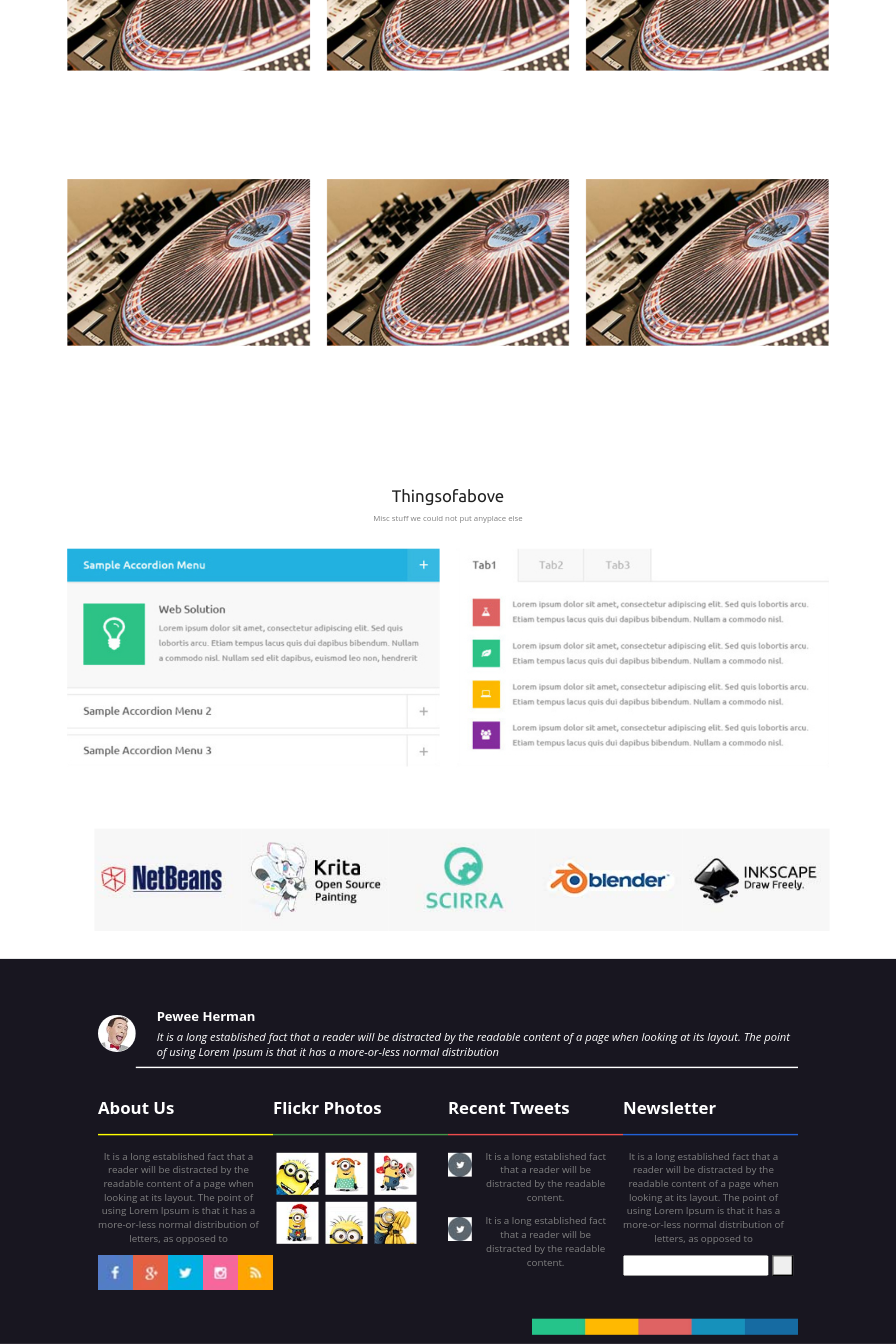
Repository: RenataDzotova/Metrolics-Renata-Beyonce
Page: index.html
An editor plug-in stored every save of this project. The page is shown before and after the next save, followed by the edit.
The browser window is 1280 px wide. The pictures show the part of the page from y = 2067 to 3987 px (the page is 3987 px tall before and 3977 px after), at 70% of full size.
Some web fonts or font styles are not loaded; a fallback is used.

Above is the page before, as saved 2022-02-02 17:18:53.

### index.html
<!doctype html>
<html class="no-js" lang="">

<head>
  <meta charset="utf-8">
  <title>Metrolics</title>
  <meta name="description" content="">
  <meta name="viewport" content="width=device-width, initial-scale=1">

  <meta property="og:title" content="">
  <meta property="og:type" content="">
  <meta property="og:url" content="">
  <meta property="og:image" content="">

  <link rel="manifest" href="site.webmanifest">
  <link rel="apple-touch-icon" href="icon.png">
  <!-- Place favicon.ico in the root directory -->

  <link rel="preconnect" href="https://fonts.googleapis.com">
  <link rel="preconnect" href="https://fonts.gstatic.com" crossorigin>
  <link href="https://fonts.googleapis.com/css2?family=Chewy&family=Gluten:wght@600&family=Ubuntu:wght@300;400&display=swap" rel="stylesheet">
  <link rel="stylesheet" href="css/normalize.css">
  <link rel="stylesheet" href="css/main.css">
  <link rel="stylesheet" href="css/renata.css">

  <meta name="theme-color" content="#fafafa">
</head>

<body>

    <div class = "header">
        <div class = "navBar">
            <div class = "logo"> <img src = "photos/logo.jpg" alt = "logo"> </div>
            <div class="home"><img src="https://img.icons8.com/material-rounded/38/ffffff/home-page.png"/>Home</div>
            <div class="pages"><img src="https://img.icons8.com/windows/38/ffffff/code-fork--v1.png"/>Pages</div>
            <div class="blog"><img src="https://img.icons8.com/windows/38/ffffff/megaphone.png"/>Blog</div>
            <div class="portfolio"><img src="https://img.icons8.com/windows/38/ffffff/suitcase.png"/>Portfolio</div>
            <div class="contact"><img src="https://img.icons8.com/windows/38/ffffff/secured-letter--v1.png"/>Home</div>
        </div>
        <div class = "minions">
            <img src = "photos/Screen Shot 2022-01-25 at 2.02.28 PM.png" alt = "minion picture">

        </div>
        <div class = "arrowOne"></div>
                <div class = "three-items">
                    <div class = "first-item">Metro Style</div>
                    <div class = "second-item">Retina Ready</div>
                    <div class = "third-item">Responsive Design</div>
                </div>
        <div class = "arrowTwo"></div>
    </div>


    <div class="MainContent">
        <div class= "page__intro">
            <div class="row">
                <h1 class="heading">
                    Hey guys! This is the Metrolics theme. It sports a responsive layout with a mobile layout.
                </h1>
            </div>
        </div>

        <section class="about">
            <div class="row l-col-4">
                    <div class="column span-full">
                        <h2 class="heading">
                            Things That We Do
                        </h2>
                        <p>Ask us what we can do for you</p>
                    </div>
                    <div class="column">
                        <figure class="project">
                            <img class="imgs" src="img/Bulb.png">
                            <h3 class="heading">Web Solutions</h3>
                            <p>We are a fairly small, flexible design studio that designs for print and web. We work flexibly with clients to fulfil their design needs. Whether you need to create a brand from scratch, including marketing materials and a beautiful and functional website or whether you are looking for a design refresh we are confident you will be pleased with the results.</p>
                        </figure>
                    </div>
                    <div class="column">
                        <figure class="project">
                            <img class="imgs" src="img/Pic.png">
                            <h3 class="heading">Photography</h3>
                            <p>We are a fairly small, flexible design studio that designs for print and web. We work flexibly with clients to fulfil their design needs. Whether you need to create a brand from scratch, including marketing materials and a beautiful and functional website or whether you are looking for a design refresh we are confident you will be pleased with the results.</p>
                        </figure>
                    </div>
                    <div class="column">
                        <figure class="project">
                            <img class="imgs" src="img/Gear.png">
                            <h3 class="heading">Web Developement</h3>
                            <p>We are a fairly small, flexible design studio that designs for print and web. We work flexibly with clients to fulfil their design needs. Whether you need to create a brand from scratch, including marketing materials and a beautiful and functional website or whether you are looking for a design refresh we are confident you will be pleased with the results.</p>
                        </figure>
                    </div>
                    <div class="column">
                        <figure class="project">
                            <img class="imgs" src="img/Pencil.png">
                            <h3 class="heading">Web Design</h3>
                            <p>We are a fairly small, flexible design studio that designs for print and web. We work flexibly with clients to fulfil their design needs. Whether you need to create a brand from scratch, including marketing materials and a beautiful and functional website or whether you are looking for a design refresh we are confident you will be pleased with the results.</p>
                        </figure>
                    </div>
                </div>
        </section>

        <section class="projects--new">
            <div class="row m-col-2 l-col-3">
                <div class="column span-full">
                    <h2 class="heading">
                        What's Up Lately?
                    </h2>
                    <p>Read up on our latest work<p>
                </div>
                <div class="column special-project">
                    <figure class="project">
                        <img src="img/Image-More.png" alt="Sample Image Post">
                    </figure>
                </div>
                <div class="column">
                    <figure class="project">
                        <img src="img/Image-More.png" alt="Sample Image Post">
                    </figure>
                </div>
                <div class="column">
                    <figure class="project">
                        <img src="img/Image-More.png" alt="Sample Image Post">
                    </figure>
                </div>
            </div>
        </section>
        <hr>
        <section class="projects">
            <div class="row m-col-2 l-col-3">
                <div class="column span-full">
                    <h2 class="heading">
                        Our Latest Projects
                    </h2>
                    <p>Client happy? We are happy.</p>
                </div>
                <div class="column">
                    <figure class="project">
                        <img src="img/Image.png" alt="Sample Image Post">
                        <div class="text"> <h4>Sample Image Post</h4> <h5>Photography</h5></div>
                        <div class="textimg"><img src="img/box.png"></div>
                    </figure>
                </div>
                <div class="column">
                    <figure class="project">
                        <img src="img/Image.png" alt="Sample Image Post">
                        <div class="text"> <h4>Sample Image Post</h4> <h5>Photography</h5></div>
                        <div class="textimg"><img src="img/box.png"></div>
                    </figure>
                </div>
                <div class="column">
                    <figure class="project">
                        <img src="img/Image.png" alt="Sample Image Post">
                        <div class="text"> <h4>Sample Image Post</h4> <h5>Photography</h5></div>
                        <div class="textimg"><img src="img/box.png"></div>
                    </figure>
                </div>
                <div class="column">
                    <figure class="project">
                        <img src="img/Image.png" alt="Sample Image Post">
                        <div class="text"> <h4>Sample Image Post</h4> <h5>Photography</h5></div>
                        <div class="textimg"><img src="img/box.png"></div>
                    </figure>
                </div>
                <div class="column">
                    <figure class="project">
                        <img src="img/Image.png" alt="Sample Image Post">
                        <div class="text"> <h4>Sample Image Post</h4> <h5>Photography</h5></div>
                        <div class="textimg"><img src="img/box.png"></div>
                    </figure>
                </div>
                <div class="column">
                    <figure class="project">
                        <img src="img/Image.png" alt="Sample Image Post">
                        <div class="text"> <h4>Sample Image Post</h4> <h5>Photography</h5></div>
                        <div class="textimg"><img src="img/box.png"></div>
                    </figure>
                </div>
            </div>
        </section>

        <section class="thingsofabove .s-hide">
            <div class="row l-col-2">
                <div class="column span-full">
                    <h2 class="heading">
                        Thingsofabove
                    </h2>
                    <p>Misc stuff we could not put anyplace else</p>
                </div>
                <div class="column">
                    <figure class="project">
                        <img src="img/Acordian.png" alt="Sample Image Post">
                    </figure>
                </div>
                <div class="column">
                    <figure class="project">
                        <img src="img/Tabs.png" alt="Sample Image Post">
                    </figure>
                </div>
            </div>
        </section>
  </div>

  <div class = "footer">
    <div class = "partners-logos">
        <div><img src = "photos/Client.jpg" alt = "partners"></div>
        <div><img src = "photos/krita.jpg" alt = "partners"></div>
        <div><img src = "photos/Scirra.jpg" alt = "partners"></div>
        <div><img src = "photos/blender.jpg" alt = "partners"></div>
        <div><img src = "photos/inkscape.jpg" alt = "partners"></div>
    </div>
    <div class = "footer-black">
        <div class = "footerBlack_content">
                <div class = "PeweeHerman">
                    <div class = "photo"><img src = "photos/portrait.jpg" alt = "photo"></div>
                    <div class = "text">
                        <h3>Pewee Herman</h3>
                        <i>It is a long established fact that a reader will be distracted by the readable content of a page when looking at its layout. The point of using Lorem Ipsum is that it has a more-or-less normal distribution </i>
                    </div>
                </div>
                <div class = "info-blocks">
                    <div class = "blockOne">
                        <div class = "textAbout"><h2>About Us</h2></div>
                        <p>It is a long established fact that a reader will be distracted by the readable content of a page when looking at its layout. The point of using Lorem Ipsum is that it has a more-or-less normal distribution of letters, as opposed to</p>
                        <div class = "social-media-icons">
                            <img src = "photos/btn-facebook.jpg" alt = "icon">
                            <img src = "photos/btn-google+.jpg" alt = "icon">
                            <img src = "photos/btn-twitter.jpg" alt = "icon">
                            <img src = "photos/btn-instagram.jpg" alt = "icon">
                            <img src = "photos/btn-rss.jpg" alt = "icon">
                        </div>
                    </div>
                    <div class = "blockTwo">
                        <div class = "textPhotos"><h2>Flickr Photos</h2></div>
                            <div class = "minion-pictures">
                                <img src = "photos/minion1.jpg" alt = "minion">
                                <img src = "photos/minion2.jpg" alt = "minion">
                                <img src = "photos/minion3.jpg" alt = "minion">
                                <img src = "photos/minion4.jpg" alt = "minion">
                                <img src = "photos/minion5.jpg" alt = "minion">
                                <img src = "photos/minion6.jpg" alt = "minion">
                            </div>
                    </div>
                    <div class = "blockThree">
                        <div class = "textTweets"><h2>Recent Tweets</h2></div>
                        <div class = "tweets">
                            <img src = "photos/icon-tweet.jpg" alt = "twitter-logo">
                            <p>It is a long established fact that a reader will be distracted by the readable content.</p>
                        </div>
                        <div class = "tweets">
                            <img src = "photos/icon-tweet.jpg" alt = "twitter-logo">
                            <p>It is a long established fact that a reader will be distracted by the readable content.</p>
                        </div>
                    </div>
                    <div class = "blockFour">
                        <div class = "textForm"><h2>Newsletter</h2></div>
                        <p>It is a long established fact that a reader will be distracted by the readable content of a page when looking at its layout. The point of using Lorem Ipsum is that it has a more-or-less normal distribution of letters, as opposed to</p>
                        <div class = "form">
                            <input type="email" id="email" name="email">
                            <button type="button"></button>
                        </div>
                    </div>

                </div>
                <div class = "colorfulThing">
                    <div><img src = "photos/coloured bars.jpg" alt = "blocks"></div>
                </div>
        </div>
</div>





  <script src="js/vendor/modernizr-3.11.2.min.js"></script>
  <script src="js/plugins.js"></script>
  <script src="js/main.js"></script>

  <!-- Google Analytics: change UA-XXXXX-Y to be your site's ID. -->
  <script>
    window.ga = function () { ga.q.push(arguments) }; ga.q = []; ga.l = +new Date;
    ga('create', 'UA-XXXXX-Y', 'auto'); ga('set', 'anonymizeIp', true); ga('set', 'transport', 'beacon'); ga('send', 'pageview')
  </script>
  <script src="https://www.google-analytics.com/analytics.js" async></script>
</body>

</html>

### css/renata.css
/* header */
.header{
    display:flex;
    justify-content: center;
    align-items: center;
    flex-direction: column;
  }

  .navBar{
    display: flex;
    flex-direction: row;
    justify-content: center;
    align-items: center;
    width: 1000px;
  }

  .navBar .logo{
    margin: 0 40px 0 0;
  }

  .navBar .home{
    background-color: rgb(71, 148, 71);
    width: 100px;
    height: 100px;
    color: white;
    display: flex;
    flex-direction: column;
    justify-content: center;
    align-items: center;
  }

  .navBar .pages{
    background-color: rgb(236, 226, 77);
    width: 100px;
    height: 100px;
    color: white;
    display: flex;
    flex-direction: column;
    justify-content: center;
    align-items: center
  }

  .navBar .blog{
    background-color: rgb(236, 76, 76);
    width: 100px;
    height: 100px;
    color: white;
    display: flex;
    flex-direction: column;
    justify-content: center;
    align-items: center
  }

  .navBar .portfolio{
    background-color: rgb(99, 205, 212);
    width: 100px;
    height: 100px;
    color: white;
    display: flex;
    flex-direction: column;
    justify-content: center;
    align-items: center
  }

  .navBar .contact{
    background-color: rgb(34, 97, 214);
    width: 100px;
    height: 100px;
    color: white;
    display: flex;
    flex-direction: column;
    justify-content: center;
    align-items: center
  }

  .first-item, .second-item, .third-item{
    background-color: lightgray;
    opacity: 50%;
    width: 170px;
    height: 35px;
    margin: 2px;
    top: -280px;
    left: -300px;
    padding-left: 10px;

  }

  .minions .three-items p{
    opacity: 100%;
  }

  .first-item{
    border-left:rgb(34, 97, 214) 5px solid;
    position: relative;
    /* top: -210px;
    left: -380px; */
  }
  .second-item{
    border-left:rgb(236, 76, 76) 5px solid;
    position: relative;
    /* top: -250px;
    left: -380px; */
  }
  .third-item{
    border-left:rgb(236, 226, 77)5px solid;
    position: relative;
    /* top: -290px;
    left: -380px; */
  }

  .minions{
    background-color: rgb(187, 187, 187);
    width: 1100px;
    display: flex;
    justify-content: center;
    align-items:center;
    flex-direction: column;
  }

  .home img, .pages img, .blog img, .portfolio img, .contact img{
      width: 30px;
  }



  /* footer */
  .partners-logos{
    display: flex;
    flex-direction: row;
    align-items: center;
    justify-content: center;
  }

  .partners-logos img{
    margin: 40px 20px 40px 20px;
  }

  .footer-black{
    background-color: rgb(24, 22, 32);
    display: flex;
    flex-direction: column;
    align-items: center;
    justify-content: center;
    height: 550px;
  }

  /* .footerBlack_content{
    /* height: auto; */


  .PeweeHerman{
    display: flex;
    flex-direction: row;
    width: 1000px;
  }

  .PeweeHerman img{
    border-radius: 50%;
    margin: 30px 15px 0 0;
  }

  .PeweeHerman .text{
    color: white;
    padding-bottom: 10px;
    margin-bottom: 20px;
    padding-left: 30px;
  }

  .info-blocks h3{
    margin-bottom: 30px;
  }



  .text > h3{
    margin-bottom: 5px;
  }

  .info-blocks{
    display: flex;
    flex-direction: row;
    align-content: flex-start;
    width: 1000px;
  }

  .info-blocks p{
    font-size: 14px;
    margin-top: 0;
    padding-right: 20px;
  }

  .info-blocks div{
    width: 250px;
  }

  .info-blocks .blockOne{
    display: flex;
    flex-direction: column;
    color:  white;
    width: 25%;
  }


  .info-blocks .social-media-icons{
    display: flex;
    flex-direction: row;
  }

  .info-blocks .blockTwo{
    display: flex;
    flex-direction: column;
    color:  white;
    width: 25%;
  }

  .blockTwo .minion-pictures{
    display: flex;
    flex-direction: row;
    flex-wrap: wrap;
    width: 250px;
    height: 100px;
  }

  .blockTwo .minion-pictures>img{
    margin: 5px;
    width: 60px;
    height: 60px;
  }

  .info-blocks .blockThree{
    display: flex;
    flex-direction: column;
    color: white;
  }

  .blockThree .tweets{
    display: flex;
    flex-direction: row;
  }

  .blockThree .tweets img{
    width: 34px;
    height: 34px;
    margin: 5px 15px 0 0;
  }

  .blockThree .tweets p{
    margin-top: 0px;
  }

  .info-blocks .blockFour{
    display: flex;
    flex-direction: column;
    color: white;
  }

  .footerBlack_content{
    width: 1000px;
    height: 450px;
    margin: 0px;
  }

  .colorfulThing{
    display: flex;
    justify-content: flex-end;
    margin-top: 40px;
  }

  .blockFour input{
    width: 200px;
  }

  .blockFour button{
    width: 30px;
    height: 30px;
    border-radius: 0;
    margin-left: 5px;
  }
  .form{
    display: flex;
    justify-content: flex-start;
  }

  .text{
    border-bottom: white 2px solid;
  }

  .textPhotos{
    border-bottom: rgb(71, 148, 71) 2px solid;
    margin-bottom: 20px;
  }

  .textAbout{
    border-bottom: yellow 2px solid;
    margin-bottom: 20px;
  }

  .textTweets{
    border-bottom: rgb(236, 76, 76) 2px solid;
    margin-bottom: 20px;
  }

  .textForm{
    border-bottom: rgb(34, 97, 214) 2px solid;
    margin-bottom: 20px;
  }

Loaded but not shown: css/normalize.css (library); js/vendor/modernizr-3.11.2.min.js (library); js/plugins.js (24 lines, source omitted); css/main.css (459 lines, source omitted); js/main.js (no stored copy; drawn as an empty file)

After the next save:
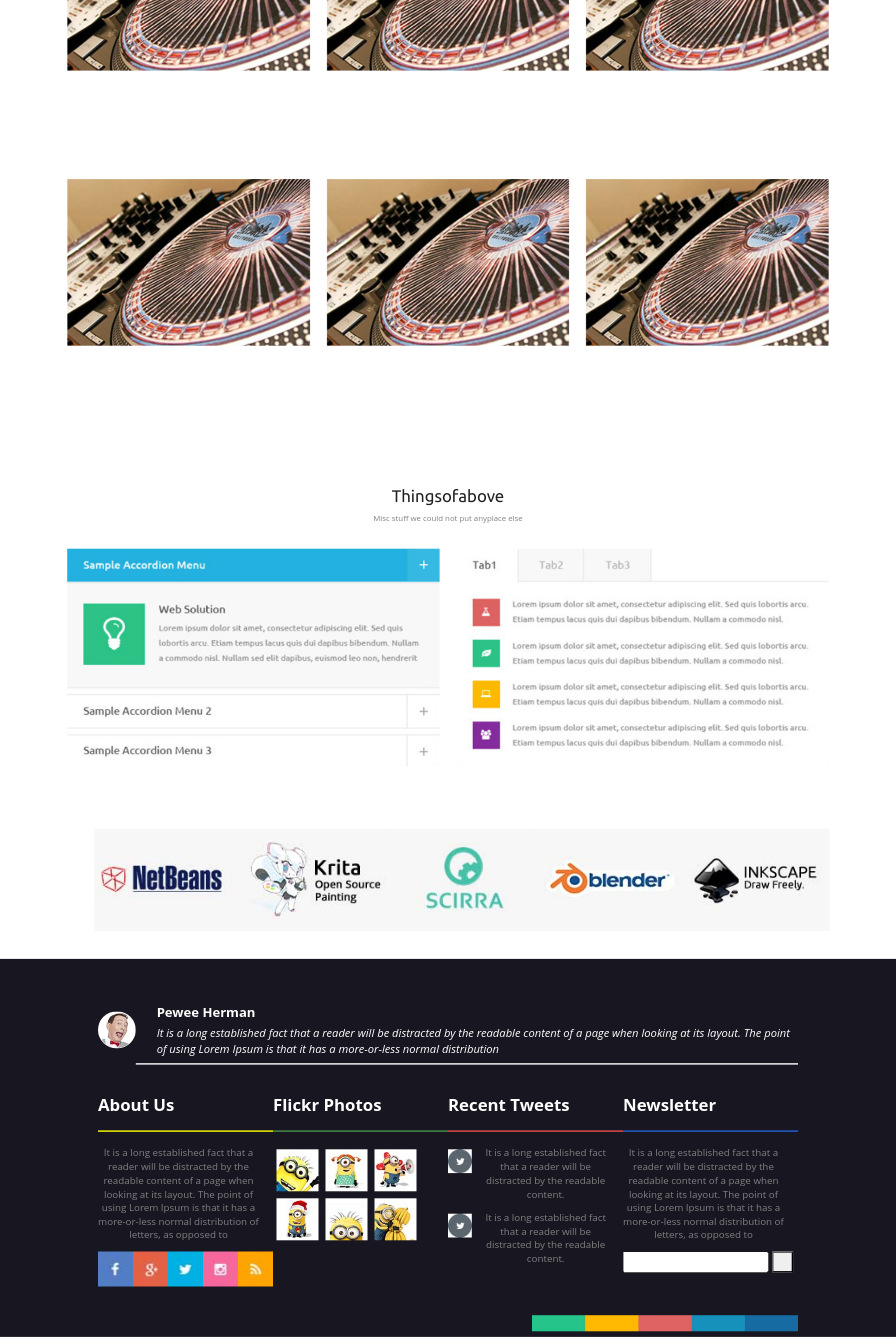
Saved 19 s later.
--- a/css/renata.css
+++ b/css/renata.css
@@ -141,7 +141,7 @@
     flex-direction: column;
     align-items: center;
     justify-content: center;
-    height: 550px;
+    height: 540px;
   }
 
   /* .footerBlack_content{
